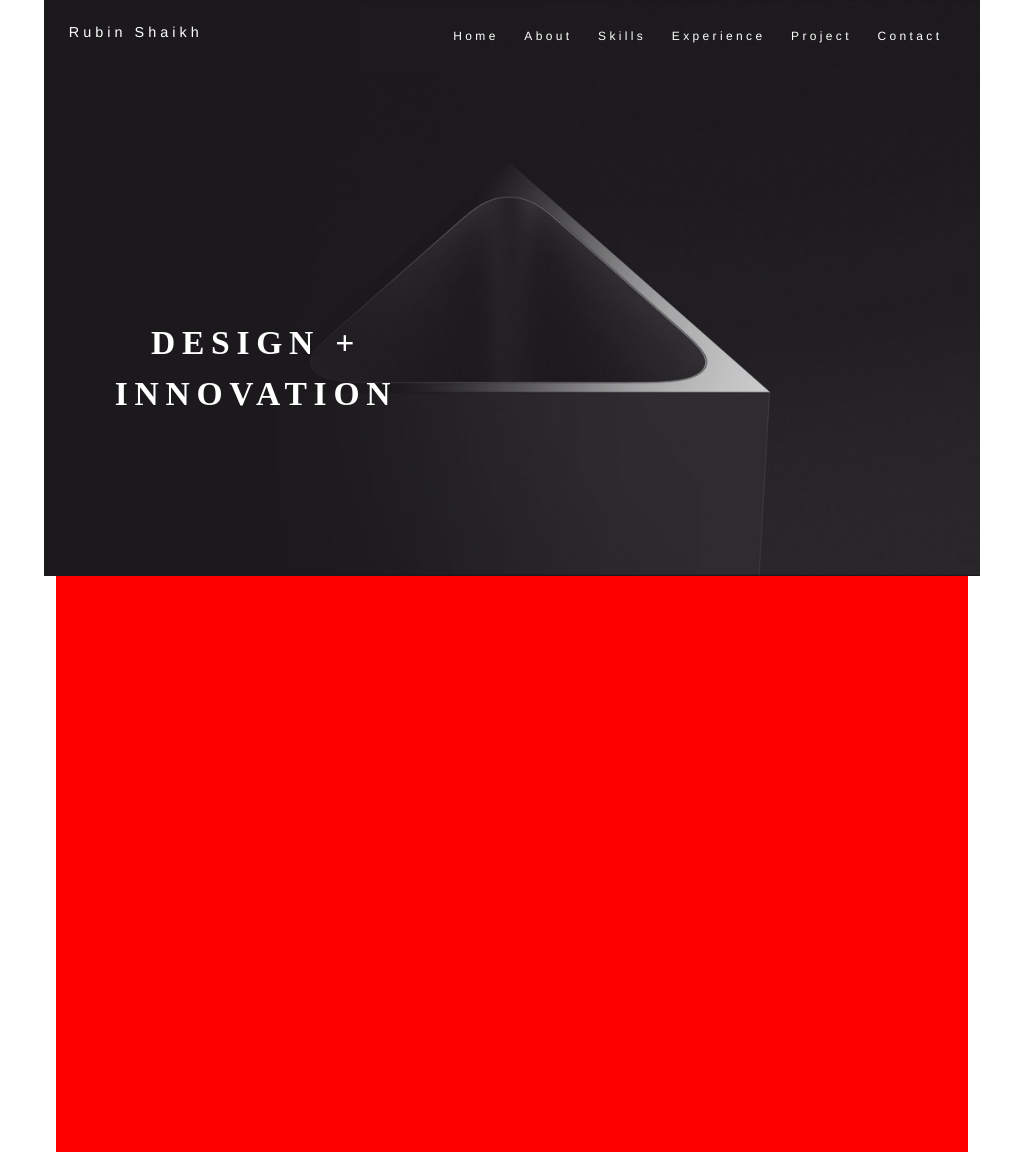
Repository: Rubin78/My-Portfolio
Page: /second
An editor plug-in stored every save of this project. The page is shown before and after the next save, followed by the edit.
The browser window is 1280 px wide. The pictures show the whole page, at 80% of full size.
The project was rebuilt for these pictures with package versions that can differ from the ones it lists, and the page was loaded fresh each time. Also part of the build but not shown: src/components/First/First.module.css, src/components/First/First.js, src/components/Third.js.

Above is the page before, as saved 2020-07-21 17:28:16.

### src/App.js
import React from 'react';

// import './App.css';

import { BrowserRouter as Router, Switch, Route } from "react-router-dom";
import First from './components/First/First';
import Second from './components/Second';
import Third from './components/Third';
function App() {
  return (
    <Router>
        <div className="App">

          <Switch>
            <Route exact path="/" component={First} />
            <Route exact path="/second" component={Second} />
            <Route exact path="/third" component={Third} />



            <Route render={() => <h2>404 Page Not Found</h2>} />
          </Switch>
        </div>
      </Router>
  );
}

export default App;

### src/components/Second.js
// import React, { Component } from 'react';
// import { Link } from "react-router-dom";
// class Second extends Component {
//     render() {
//         console.log(this.props);
//         return (




//             <div>
//                 <Link to="/third" >Go to the third page</Link>

//         <div>{this.props.location.state}</div>
//             </div>
//         );
//     }
// }

// export default Second;








import React, { useState } from 'react';
import {
  Collapse,
  Navbar,
  NavbarToggler,
  NavbarBrand,
  Nav,
  NavItem,
  NavLink,
  UncontrolledDropdown,
  DropdownToggle,
  DropdownMenu,
  DropdownItem,
  NavbarText
} from 'reactstrap';
import { Container, Row, Col} from 'reactstrap';
import styles  from '../components/Second.css'
import hero1 from '../assests/hero1.jpg';
import { Hidden } from '@material-ui/core';


const Example = (props) => {
  const [isOpen, setIsOpen] = useState(false);

  const toggle = () => setIsOpen(!isOpen);

  return (
<div>
    <Container fluid  className="containerBody2" style={{  backgroundImage:`url(${hero1})`,backgroundColor:'red'}} >
    <div style={{backgroundColor:'transparent',height:90,display:'flex'}}>
      <Navbar color="red" light expand="md"  style={{display:'flex',flex:1,}} >
        <NavbarBrand href="/"><h4  className="textheader1" >Rubin Shaikh</h4></NavbarBrand>
        <NavbarToggler onClick={toggle} style={{color:'white',backgroundColor:'#F5F5F5'}} />
        <Collapse isOpen={isOpen} navbar >
          <Nav className="mr-auto" navbar>



         </Nav>

         <NavLink  href="/components/"  className="textheader" >Home</NavLink>
         <NavLink href="/components/" className="textheader">About</NavLink>
          <NavLink href="/components/" className="textheader">Skills</NavLink>
          <NavLink href="/components/" className="textheader">Experience</NavLink>
          <NavLink href="/components/" className="textheader">Project</NavLink>
          <NavLink href="/components/" className="textheader">Contact</NavLink>
        </Collapse>
      </Navbar>
    </div>


<Col sm="5"  style={{ display:'flex',flex:1,
alignItems:'space-between',justifyContent:'center',paddingLeft:40,}}>
<div style={{display:'flex',height:450,flexDirection:'column',justifyContent:'flex-end',alignItems:'flex-start',marginBottom:20,}} >

    <div style={{color:'white',fontSize:42,textAlign:'center',fontFamily:"Patua One",fontWeight:"bolder",letterSpacing:'.20em'}} >
    {/* <div style={{color:'#ffffff',fontSize:15,textAlign:"left",letterSpacing:'.1em',paddingLeft:60}}>HELLO,</div> */}

      DESIGN +
   <p style={{paddingBottom:-15}}>INNOVATION</p></div>
    {/* <button onClick={this.submitHandler} >go to second page</button> */}
    </div>
</Col>
    </Container>


<Container  className="container2">

</Container>

    </div>
  );
}

export default Example;

### src/components/Second.css

.containerBody2{



    background-position: center;
    background-size: cover;
    background-repeat: 'no-repeat';
    height: 100vh;
    width: calc(100vw - 110px);
    overflow: hidden;
    position: relative;
background-color: black;

}


.container2{

    height: 100vh;
    width: 99.9vw;
    overflow: hidden;
    background-color: red;

position: relative;
}


.textheader{


  color: white;
  font-size: 15px;
font-family: "Gotham-Medium","Helvetica Neue","sans-serif";
letter-spacing: .28em;
}



.textheader1{


    color: white;
    font-size: 18px;
  font-family: "Gotham-Medium","Helvetica Neue","sans-serif";
  letter-spacing: .28em;
  }




.textcolor{
font-size: 45px;
margin-bottom: 20px;
letter-spacing: -1px;
font-family: "Gotham-Bold","Helvetica Neue",sans-serif;


background-color: red;


}

Loaded but not shown: public/index.html (common file); src/index.js (common file); src/index.css (common file); src/serviceWorker.js (common file)

After the next save:
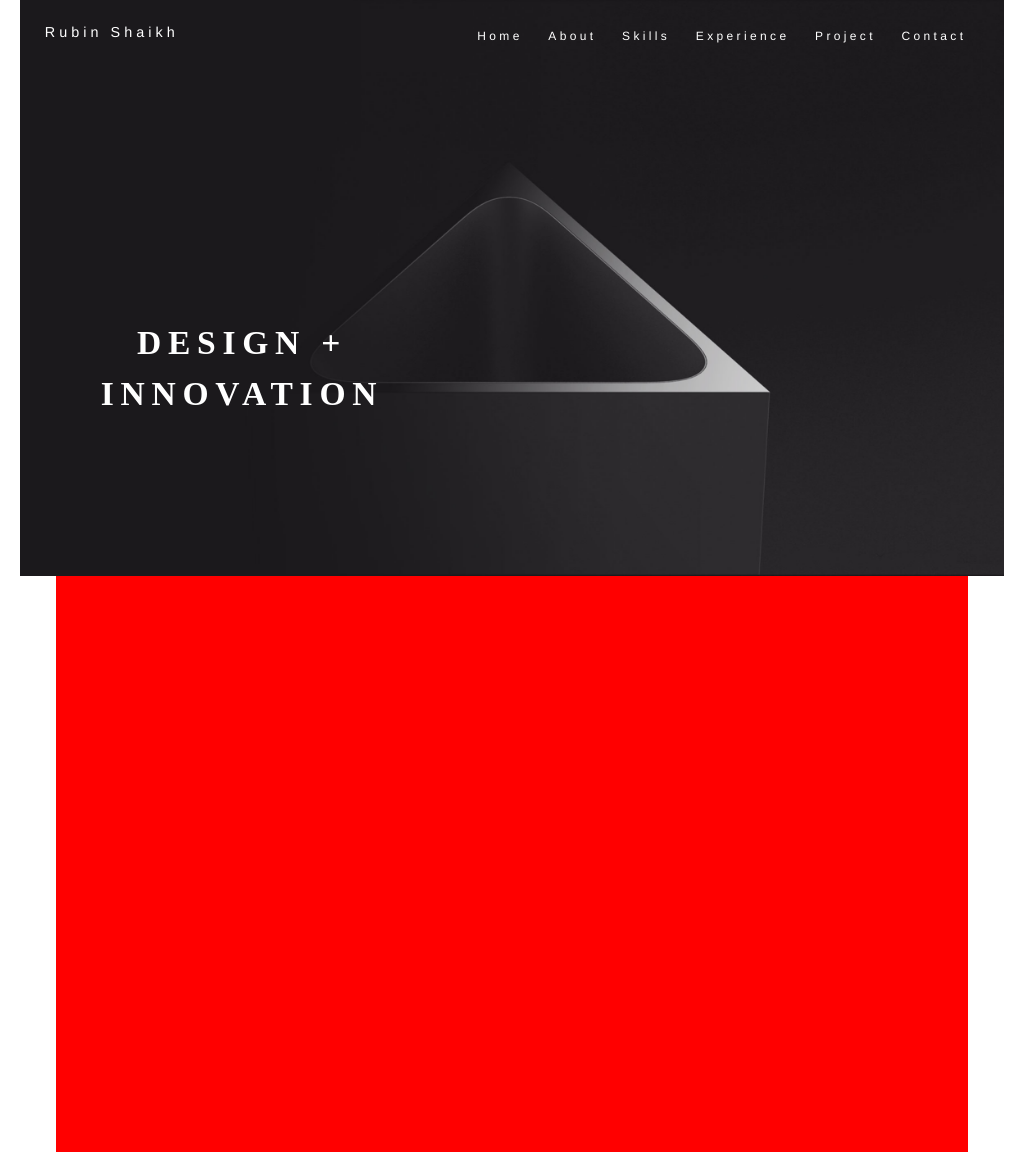
Saved 24 s later.
--- a/src/components/Second.css
+++ b/src/components/Second.css
@@ -7,7 +7,7 @@
     background-size: cover;
     background-repeat: 'no-repeat';
     height: 100vh;
-    width: calc(100vw - 110px);
+    width: calc(100vw - 50px);
     overflow: hidden;
     position: relative;
 background-color: black;
